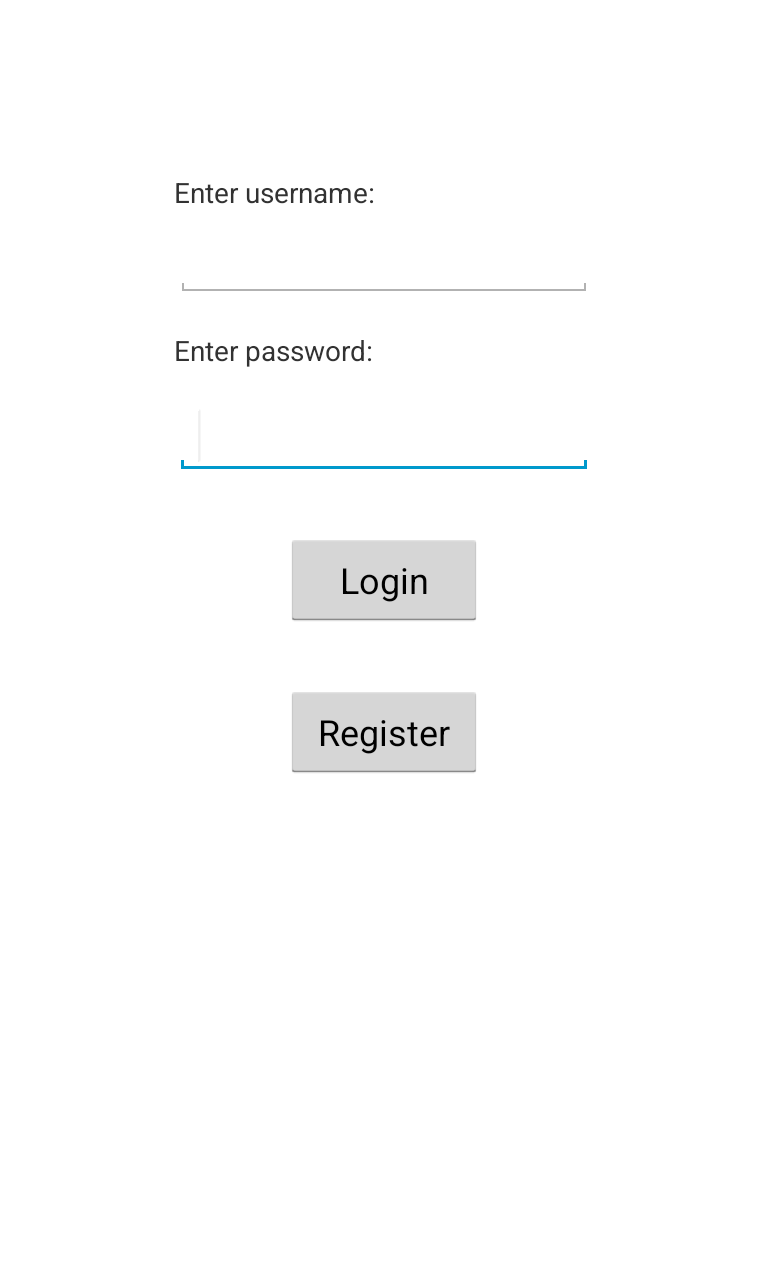
Repository: Codlex/JSMS
Layout: AndroidClient/res/layout/activity_main.xml
These files come from the project's save history. The layout is drawn as it stood at one moment and after the next save; the edit follows.
It is drawn on a 768 x 1280 px phone screen (xhdpi) without system bars, with theme AppTheme; the app's code is not run.

Above is the layout before, as saved 2013-01-04 14:58:15.

### AndroidClient/res/layout/activity_main.xml
<RelativeLayout xmlns:android="http://schemas.android.com/apk/res/android"
    xmlns:tools="http://schemas.android.com/tools"
    android:layout_width="match_parent"
    android:layout_height="match_parent"
    tools:context=".MainActivity" >

    <TextView
        android:id="@+id/text1"
        android:layout_width="wrap_content"
        android:layout_height="wrap_content"
        android:layout_alignBottom="@+id/username"
        android:layout_alignLeft="@+id/username"
        android:layout_alignRight="@+id/username"
   		android:text="@string/username"
        android:layout_marginBottom="44dp" />

    <TextView
        android:id="@+id/text2"
        android:layout_width="wrap_content"
        android:layout_height="wrap_content"
        android:layout_alignLeft="@+id/username"
        android:layout_below="@+id/text1"
        android:layout_marginTop="16dp"
        android:text="@string/password" />

    <EditText
        android:id="@+id/username"
        android:layout_width="wrap_content"
        android:layout_height="wrap_content"
        android:layout_alignParentTop="true"
        android:layout_centerHorizontal="true"
        android:layout_marginTop="110dp"
        android:ems="10"
        android:inputType="textPersonName" />

    <EditText
        android:id="@+id/password"
        android:layout_width="wrap_content"
        android:layout_height="wrap_content"
        android:layout_alignLeft="@+id/text2"
        android:layout_below="@+id/text2"
        android:layout_marginTop="14dp"
        android:ems="10"
        android:inputType="textPassword" >

        <requestFocus />
    </EditText>

    <Button
        android:id="@+id/loginb"
        android:layout_width="100dp"
        android:layout_height="wrap_content"
        android:layout_below="@+id/password"
        android:layout_centerHorizontal="true"
        android:layout_marginTop="28dp"
        android:text="@string/login" />

    <Button
        android:id="@+id/registerb"
        android:layout_width="100dp"
        android:layout_height="wrap_content"
        android:layout_alignLeft="@+id/loginb"
        android:layout_below="@+id/loginb"
        android:layout_marginTop="28dp"
        android:text="@string/register" />

</RelativeLayout>

### AndroidClient/res/values/strings.xml
<?xml version="1.0" encoding="utf-8"?>
<resources>

    <string name="app_name">AndroidClient</string>
    <string name="hello_world">Hello world!</string>
    <string name="menu_settings">Settings</string>
    <string name="username">Enter username:</string>
    <string name="password">Enter password:</string>
    <string name="login">Login</string>
    <string name="register">Register</string>
	<string name="create_account">Create new account</string>
</resources>

Loaded but not shown: AndroidClient/res/values/styles.xml (common file); AndroidClient/res/values-v11/styles.xml (common file); AndroidClient/res/values-v14/styles.xml (common file)

After the next save:
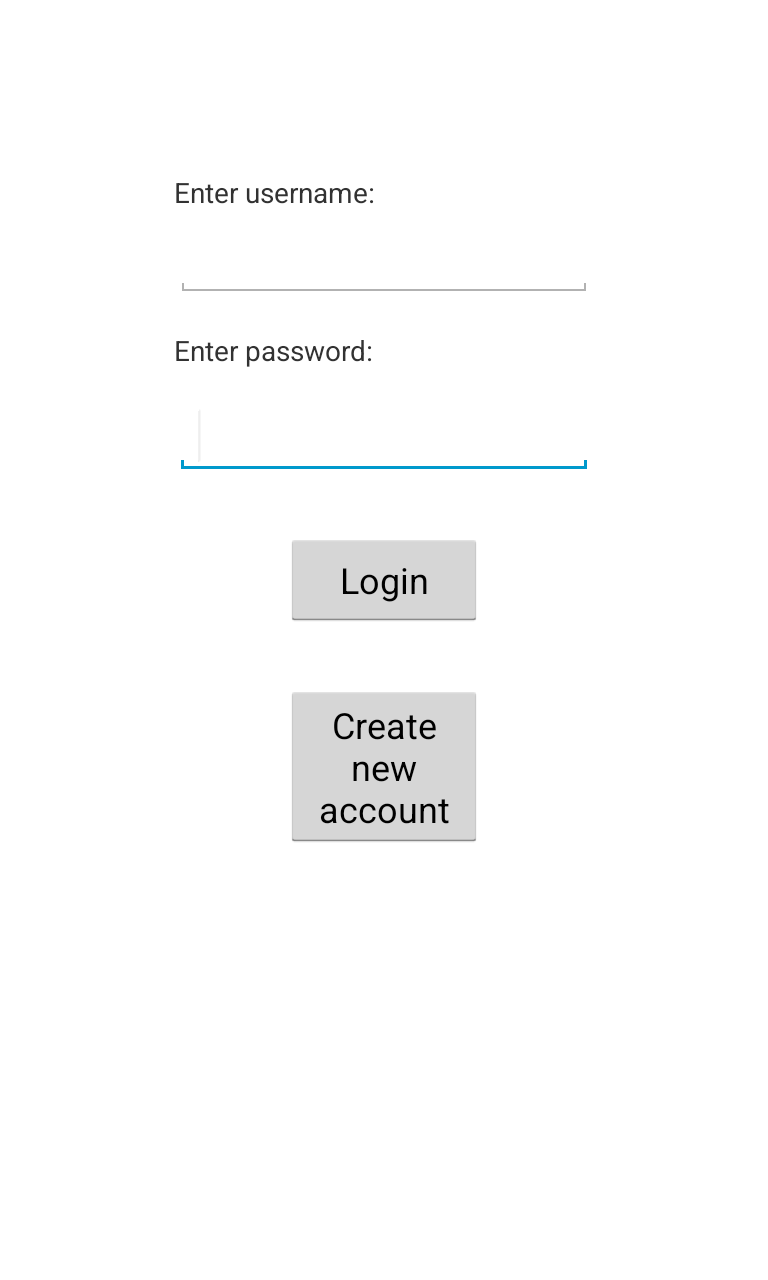
Saved 17 s later.
--- a/AndroidClient/res/layout/activity_main.xml
+++ b/AndroidClient/res/layout/activity_main.xml
@@ -62,6 +62,6 @@
         android:layout_alignLeft="@+id/loginb"
         android:layout_below="@+id/loginb"
         android:layout_marginTop="28dp"
-        android:text="@string/register" />
+        android:text="@string/create_account" />
 
 </RelativeLayout>
